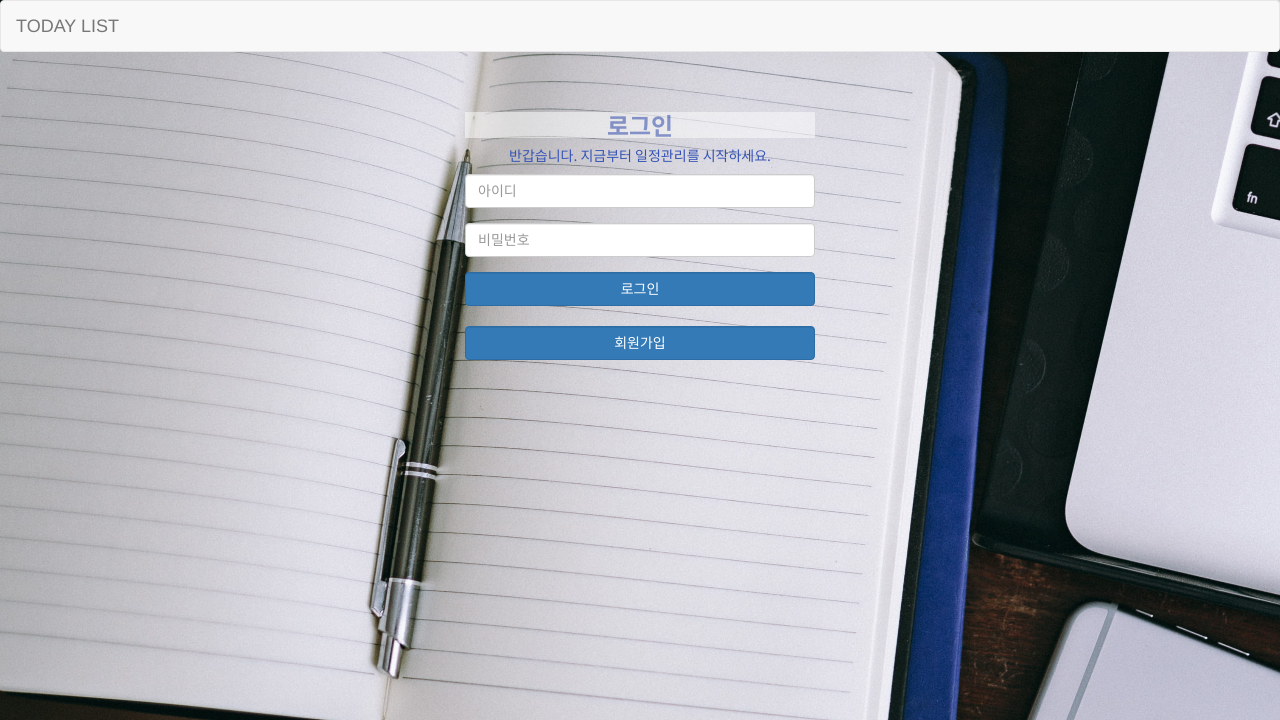
Repository: heedayday/today_list
Page: http://localhost/TODOLIST2/login.jsp
The author's editor kept a copy of each file at every save. The page is drawn from the files as they stood at one save, then again after the next save.
The browser window is 1280 px wide. The pictures show the whole page.
The page is served by Tomcat 9.

Above is the page before, as saved 2020-11-12 18:36:53.

### TODOLIST2/WebContent/login.jsp
<%@ page language="java" contentType="text/html; charset=UTF-8"
    pageEncoding="UTF-8"%>
<!DOCTYPE html>
<html>
<head>
<link rel="preconnect" href="https://fonts.gstatic.com">
<link href="https://fonts.googleapis.com/css2?family=Noto+Sans+KR&display=swap" rel="stylesheet">
<meta http-equiv="Content-Type" content="text/html; charset=UTF-8">
<meta name="viewport" content="width=device-with" , initial-scale="1">
<link rel="stylesheet" href="css/bootstrap.css">
<title>TODAY LIST 일정관리</title>
<style>
body {
  background-image: url("login6.jpg");
}
#nomal{
        padding: 0px 0px 0px 0px;
        font-weight: bold;
        text-align: center;
        background-color: #ffffff;
        opacity: 0.5;
      }
</style>
</head>
<body>
	<nav class="navbar navbar-default">
		<div class="navbar-header">
			<button type="button" class="navbar-toggle collapsed"
				data-toggle="collapse" data-target="#bs-example-navbar-collapse-1"
				aria-expanded="false">
				<span class="icon-bar"></span>
				<span class="icon-bar"></span>
				<span class="icon-bar"></span>
			</button>
			<a class ="navbar-brand">TODAY LIST</a>
		</div>

	</nav>
	<div class="container">
		<div class="col-lg-4"></div>
		<div class="col-lg-4">
			<div class="jumpbotron" style="padding-top:20px;">
				 <form method="post" action="loginAction.jsp">
				 	<h3 id="nomal" style="text-align: center; color: #3553b7; font-family: 'Noto Sans KR', sans-serif; backr " >로그인</h3>
				 	<h5  style="text-align: center; color: #3553b7; font-family: 'Noto Sans KR', sans-serif; " >반갑습니다. 지금부터 일정관리를 시작하세요.</h5>
				 	<div class="form-group">
				 		<input type="text" class="form-control" placeholder="아이디" name="userID" maxlength="20">
				 	</div>
				 	<div class="form-group">
				 		<input type="password" class="form-control" placeholder="비밀번호" name="userPassword" maxlength="20">
				 	</div>
				 	<input type="submit" class="btn-primary form-control" value="로그인">
				 	<br />
				 	<input type="button" class="btn-primary form-control" onClick="location.href='join.jsp'" value="회원가입">

				 </form>
			</div>
		</div>
	</div>
 	<script src= "https://code.jquery.com/jquery-3.5.1.min.js"></script>
 	<script src="js/bootstrap.js"></script>
</body>
</html>

Loaded but not shown: TODOLIST2/WebContent/css/bootstrap.css (library); TODOLIST2/WebContent/js/bootstrap.js (library)

After the next save:
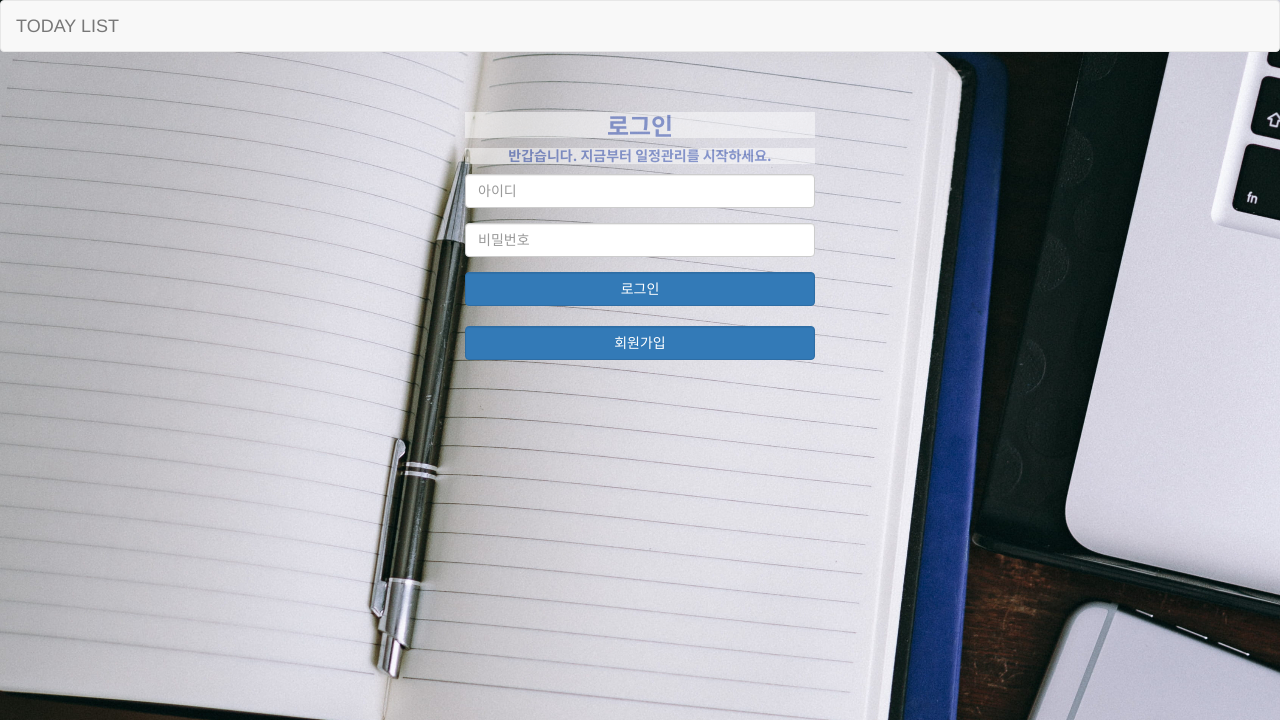
Saved 17 s later.
--- a/TODOLIST2/WebContent/login.jsp
+++ b/TODOLIST2/WebContent/login.jsp
@@ -42,7 +42,7 @@ body {
 			<div class="jumpbotron" style="padding-top:20px;">
 				 <form method="post" action="loginAction.jsp">
 				 	<h3 id="nomal" style="text-align: center; color: #3553b7; font-family: 'Noto Sans KR', sans-serif; backr " >로그인</h3>
-				 	<h5  style="text-align: center; color: #3553b7; font-family: 'Noto Sans KR', sans-serif; " >반갑습니다. 지금부터 일정관리를 시작하세요.</h5>
+				 	<h5 id="nomal" style="text-align: center; color: #3553b7; font-family: 'Noto Sans KR', sans-serif; " >반갑습니다. 지금부터 일정관리를 시작하세요.</h5>
 				 	<div class="form-group">
 				 		<input type="text" class="form-control" placeholder="아이디" name="userID" maxlength="20">
 				 	</div>
